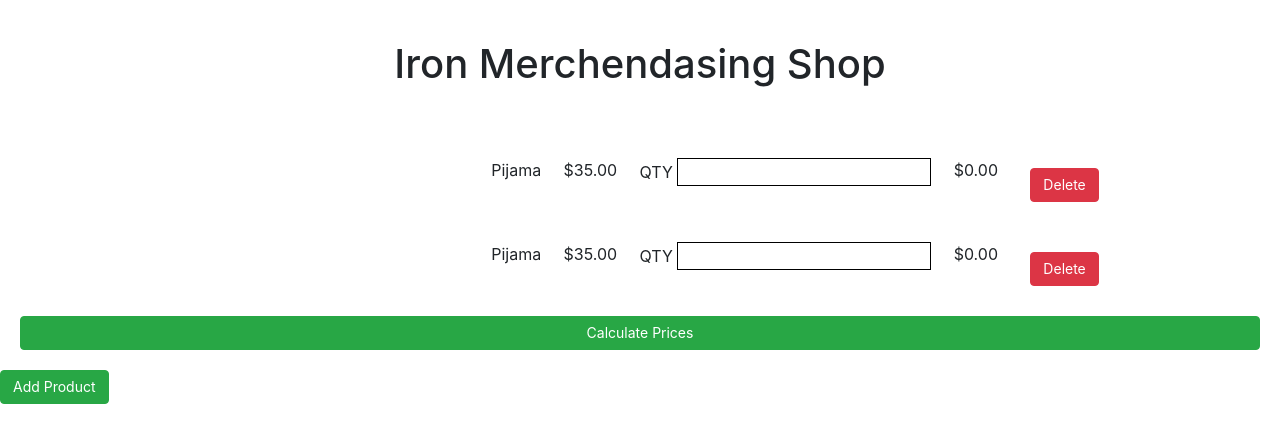
Repository: konstantin0s/lab-cart-DOM
Page: index.html
The author's editor kept a copy of each file at every save. The page is drawn from the files as they stood at one save, then again after the next save.
The browser window is 1280 px wide. The pictures show the whole page.
Some web libraries are served in a nearby version.

Above is the page before, as saved 2019-02-03 09:36:12.
Console error: ReferenceError: getTotalPrice is not defined

After the next save:
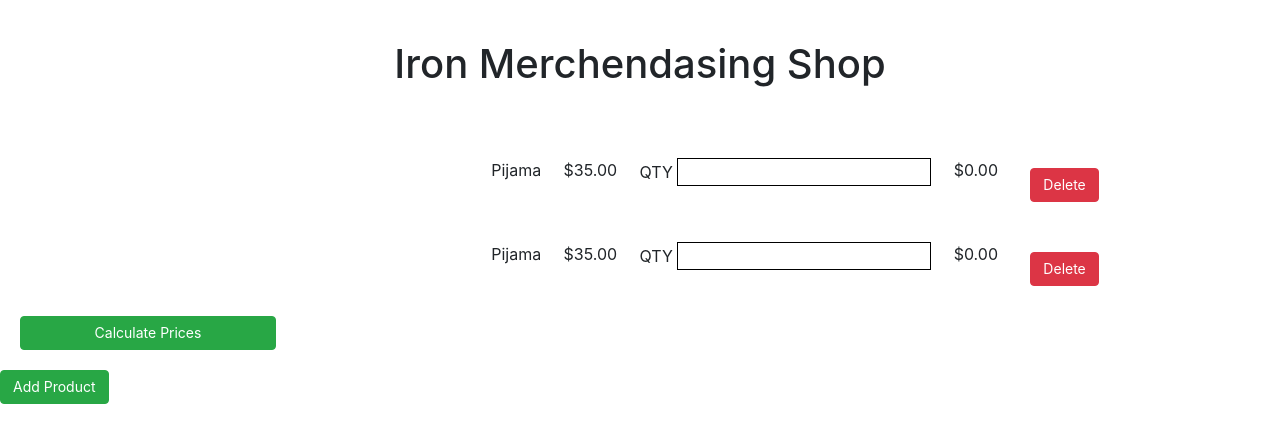
Saved 17 s later.
--- a/css/style.css
+++ b/css/style.css
@@ -77,7 +77,7 @@ input {
   margin: 20px;
   display: flex;
   flex-direction: column;
-
+  width: 20%;
 /* position:relative;
  top: -250px;
  left: 850px; */
